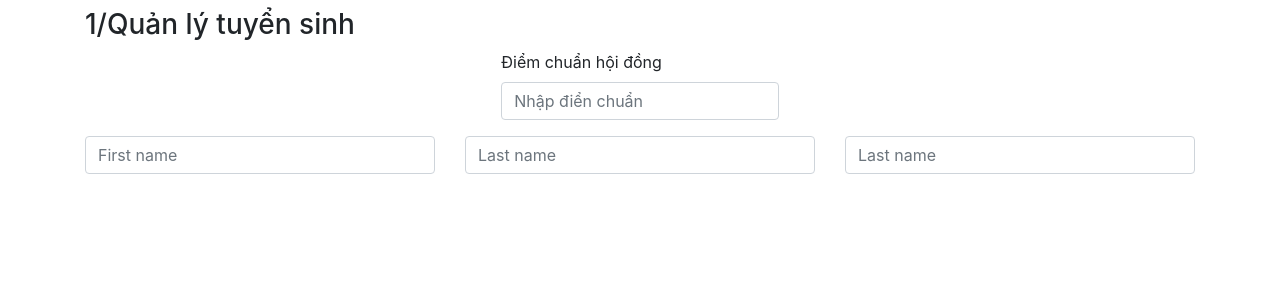
Repository: baobaodeveloper/bootcamp21__jsbasic4_HuynhAnhBao
Page: index.html
An editor plug-in stored every save of this project. The page is shown before and after the next save, followed by the edit.
The browser window is 1280 px wide. The pictures show the whole page.

Above is the page before, as saved 2022-03-13 17:32:50.

### index.html
<!DOCTYPE html>
<html lang="en">
  <head>
    <title>Exercise3</title>
    <!-- Required meta tags -->
    <meta charset="utf-8" />
    <meta
      name="viewport"
      content="width=device-width, initial-scale=1, shrink-to-fit=no"
    />

    <!-- Bootstrap CSS -->
    <link
      rel="stylesheet"
      href="https://stackpath.bootstrapcdn.com/bootstrap/4.3.1/css/bootstrap.min.css"
      integrity="sha384-ggOyR0iXCbMQv3Xipma34MD+dH/1fQ784/j6cY/iJTQUOhcWr7x9JvoRxT2MZw1T"
      crossorigin="anonymous"
    />
  </head>
  <body>
    <!-- 1/Quản lý tuyển sinh -->
    <div class="container mt-2">
      <h3>1/Quản lý tuyển sinh</h3>

      <div class="mb-3 w-25 m-auto">
        <label for="exampleFormControlInput1" class="score"
          >Điểm chuẩn hội đồng</label
        >
        <input
          type="email"
          class="form-control"
          id="exampleFormControlInput1"
          placeholder="Nhập điển chuẩn"
        />
      </div>

      <div class="row mt-3">
        <div class="col">
          <input
            type="text"
            class="form-control"
            placeholder="First name"
            aria-label="First name"
          />
        </div>
        <div class="col">
          <input
            type="text"
            class="form-control"
            placeholder="Last name"
            aria-label="Last name"
          />
        </div>
        <div class="col">
          <input
            type="text"
            class="form-control"
            placeholder="Last name"
            aria-label="Last name"
          />
        </div>
      </div>
    </div>
    <!-- Optional JavaScript -->
    <!-- jQuery first, then Popper.js, then Bootstrap JS -->
    <script
      src="https://code.jquery.com/jquery-3.3.1.slim.min.js"
      integrity="sha384-q8i/X+965DzO0rT7abK41JStQIAqVgRVzpbzo5smXKp4YfRvH+8abtTE1Pi6jizo"
      crossorigin="anonymous"
    ></script>
    <script
      src="https://cdnjs.cloudflare.com/ajax/libs/popper.js/1.14.7/umd/popper.min.js"
      integrity="sha384-UO2eT0CpHqdSJQ6hJty5KVphtPhzWj9WO1clHTMGa3JDZwrnQq4sF86dIHNDz0W1"
      crossorigin="anonymous"
    ></script>
    <script
      src="https://stackpath.bootstrapcdn.com/bootstrap/4.3.1/js/bootstrap.min.js"
      integrity="sha384-JjSmVgyd0p3pXB1rRibZUAYoIIy6OrQ6VrjIEaFf/nJGzIxFDsf4x0xIM+B07jRM"
      crossorigin="anonymous"
    ></script>

    <script src="exercise1.js"></script>
  </body>
</html>

Loaded but not shown: exercise1.js (no stored copy; drawn as an empty file)

After the next save:
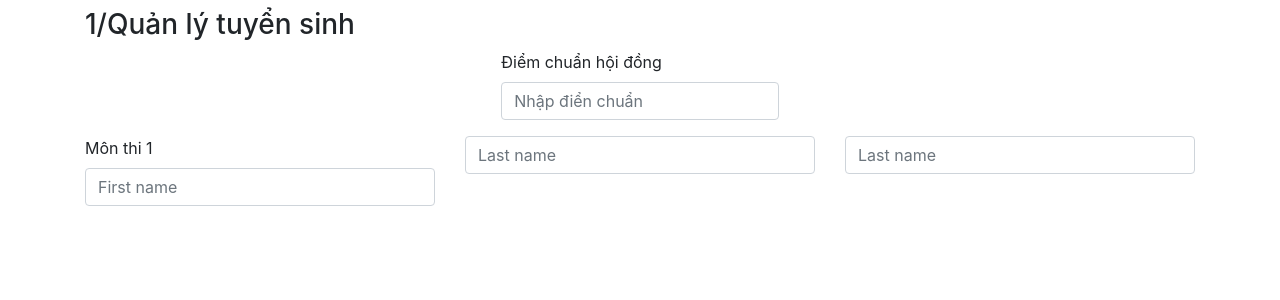
Saved 64 s later.
--- a/index.html
+++ b/index.html
@@ -36,28 +36,14 @@
 
       <div class="row mt-3">
         <div class="col">
-          <input
-            type="text"
-            class="form-control"
-            placeholder="First name"
-            aria-label="First name"
-          />
+          <label class="score">Môn thi 1</label>
+          <input type="text" class="form-control" placeholder="First name" />
         </div>
         <div class="col">
-          <input
-            type="text"
-            class="form-control"
-            placeholder="Last name"
-            aria-label="Last name"
-          />
+          <input type="text" class="form-control" placeholder="Last name" />
         </div>
         <div class="col">
-          <input
-            type="text"
-            class="form-control"
-            placeholder="Last name"
-            aria-label="Last name"
-          />
+          <input type="text" class="form-control" placeholder="Last name" />
         </div>
       </div>
     </div>
